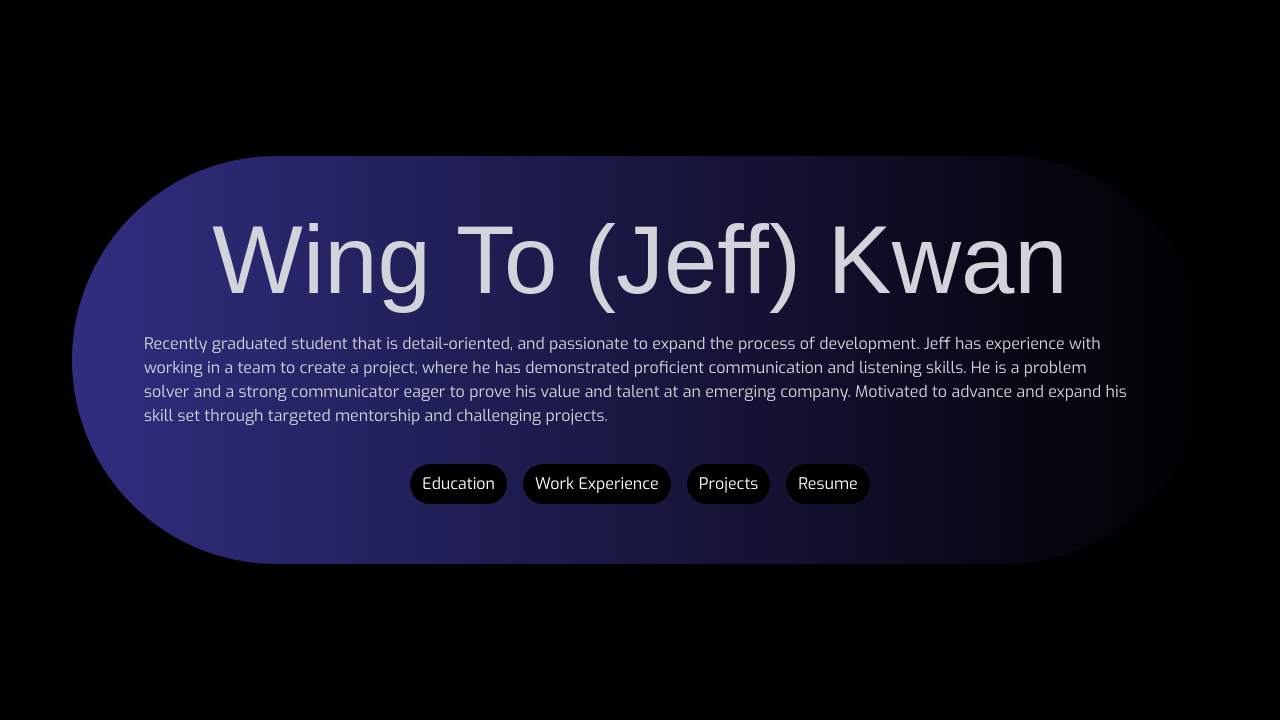
Repository: Jeffkw213/profile_website
Page: /
These files come from the project's save history. The page is drawn as it stood at one moment and after the next save; the edit follows.
The browser window is 1280 px wide. The pictures show the whole page.
Some web fonts or font styles are not loaded; a fallback is used. The project was rebuilt for these pictures with package versions that can differ from the ones it lists, and the page was loaded fresh each time. Also part of the build but not shown: vite.config.js, src/components/Education.jsx, src/components/Nav.jsx, src/data/projects.js, src/components/Projects.jsx, src/components/Work.jsx.

Above is the page before, as saved 2022-09-25 18:35:24.

After the next save:
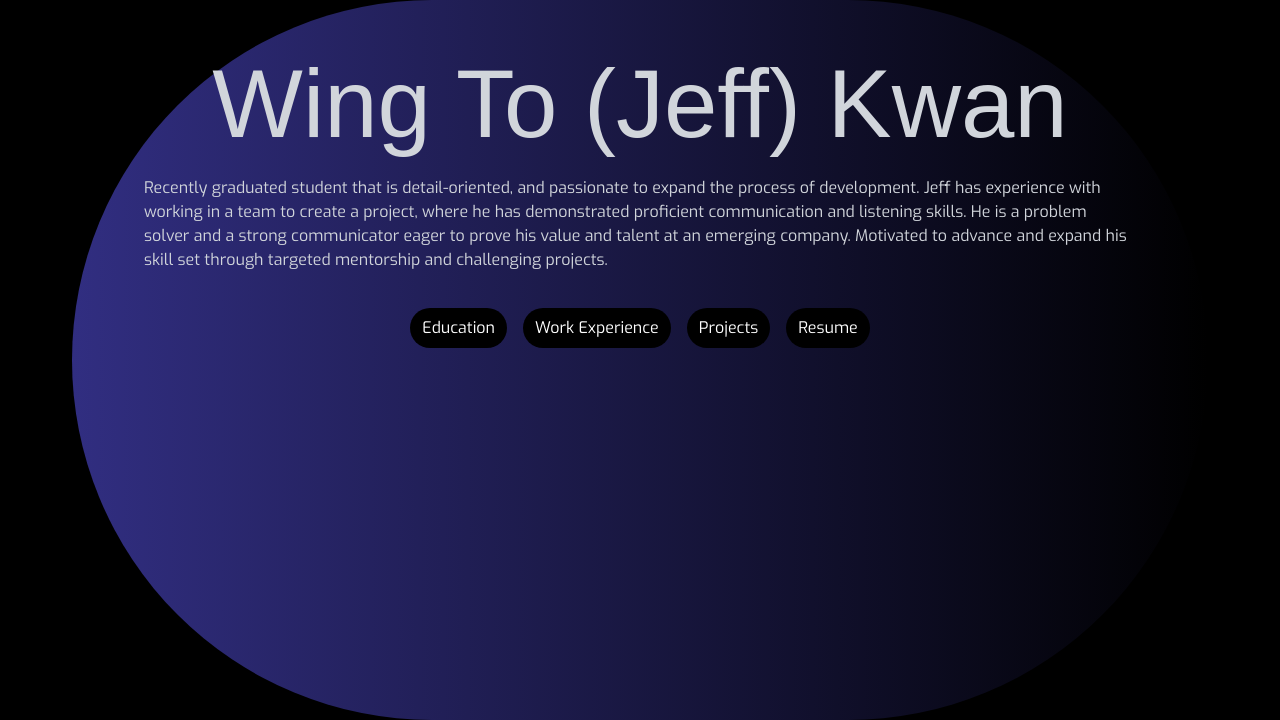
Saved 16 s later.
--- a/src/components/Title.jsx
+++ b/src/components/Title.jsx
@@ -35,7 +35,7 @@
 export default function Title({ Name, Description }) {
   return (
     <div className="min-w-[50%] min-h-screen max-h-screen bg-black flex items-center justify-center">
-      <div className="relative h-5/6 bg-gradient-to-r from-indigo-900 rounded-full py-10 text-gray-300 opacity-100">
+      <div className="relative h-screen bg-gradient-to-r from-indigo-900 rounded-full py-10 text-gray-300 opacity-100">
         <h1 className="font-Nexa text-8xl text-center pt-4 pb-2 ">{Name}</h1>
         <p className="p-4 mx-14 max-w-screen-lg min-w-[50%]">{Description}</p>
         <ButtonNavi />

After the save that followed:
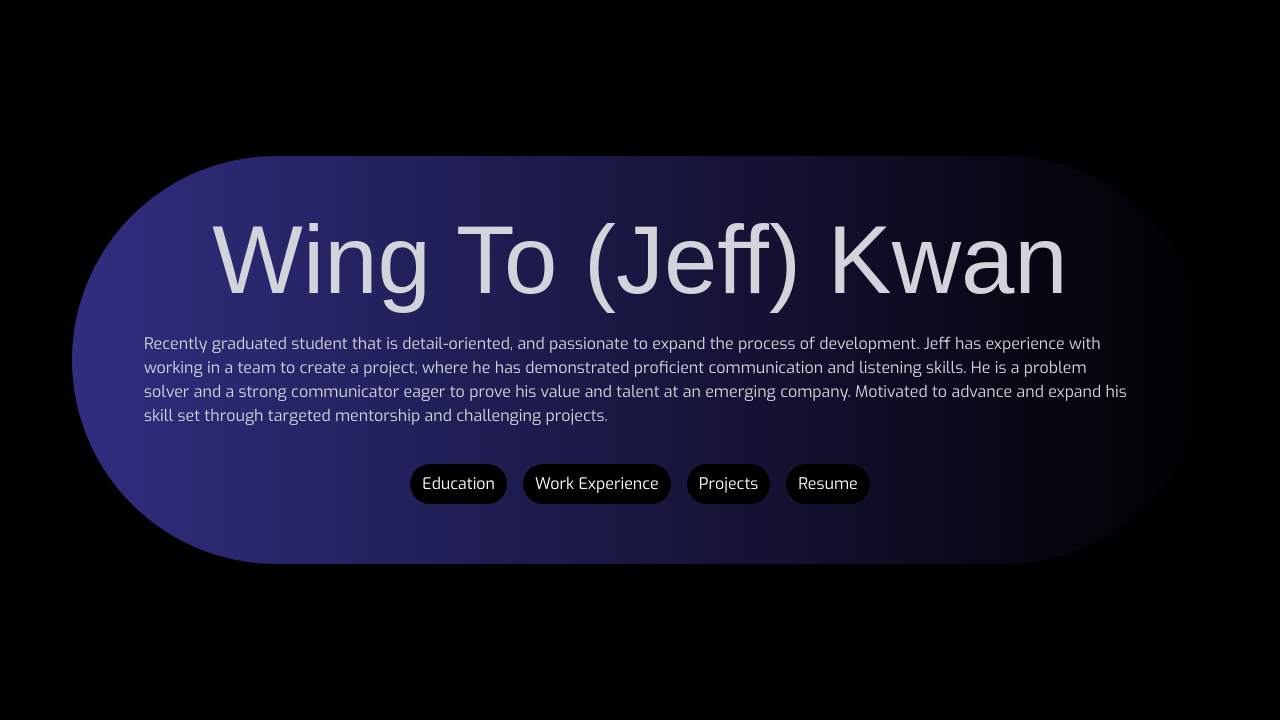
Saved 53 s later.
--- a/src/components/Title.jsx
+++ b/src/components/Title.jsx
@@ -35,7 +35,7 @@
 export default function Title({ Name, Description }) {
   return (
     <div className="min-w-[50%] min-h-screen max-h-screen bg-black flex items-center justify-center">
-      <div className="relative h-screen bg-gradient-to-r from-indigo-900 rounded-full py-10 text-gray-300 opacity-100">
+      <div className="relative h-full bg-gradient-to-r from-indigo-900 rounded-full py-10 text-gray-300 opacity-100">
         <h1 className="font-Nexa text-8xl text-center pt-4 pb-2 ">{Name}</h1>
         <p className="p-4 mx-14 max-w-screen-lg min-w-[50%]">{Description}</p>
         <ButtonNavi />
